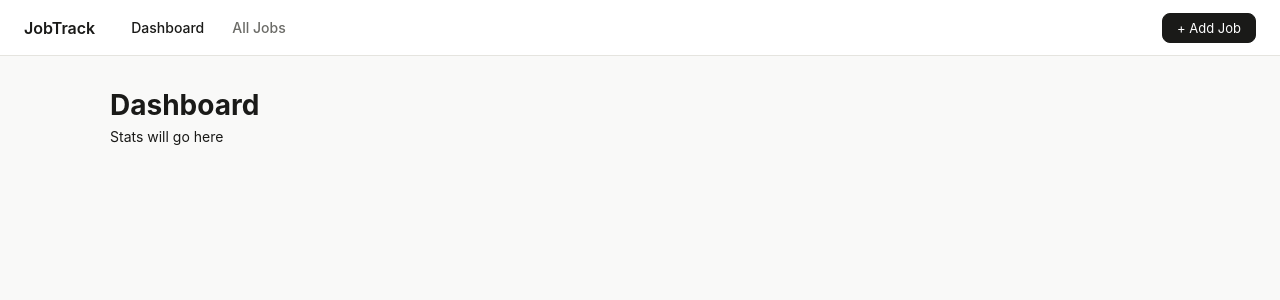
Repository: adtm0/jobtracker
Page: /dashboard (app in frontend/)
An editor plug-in stored every save of this project. The page is shown before and after a run of saves, followed by the edit.
The browser window is 1280 px wide. The pictures show the whole page.
The project was rebuilt for these pictures with package versions that can differ from the ones it lists, and the page was loaded fresh each time. Also part of the build but not shown: frontend/vite.config.js, frontend/src/pages/Login.jsx, frontend/src/pages/Register.jsx, frontend/src/pages/Jobs.jsx, frontend/src/pages/JobForm.jsx.

Above is the page before, as saved 2026-04-19 18:06:47.

After the next 5 saves:
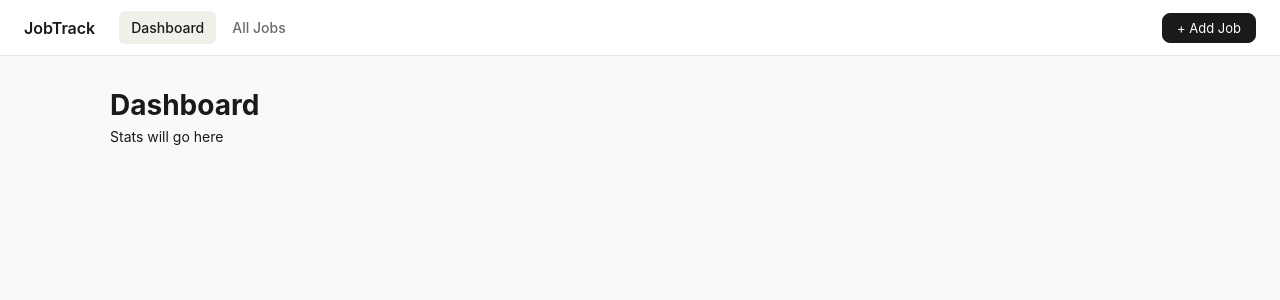
The 5 saves are shown as one change because 1 did not build or start and some came seconds apart.
The last was saved 21 s later.
--- a/frontend/src/components/Navbar.jsx
+++ b/frontend/src/components/Navbar.jsx
@@ -45,5 +45,6 @@ const linkStyle = ({ isActive }) => ({
   fontWeight: 500,
   padding: '6px 12px',
   borderRadius: 6,
-  color: isActive ? '#1a1a18' : '#6b6b67'
+  color: isActive ? '#1a1a18' : '#6b6b67',
+  background: isActive ? '#f0efea' : 'transparent'
 });
